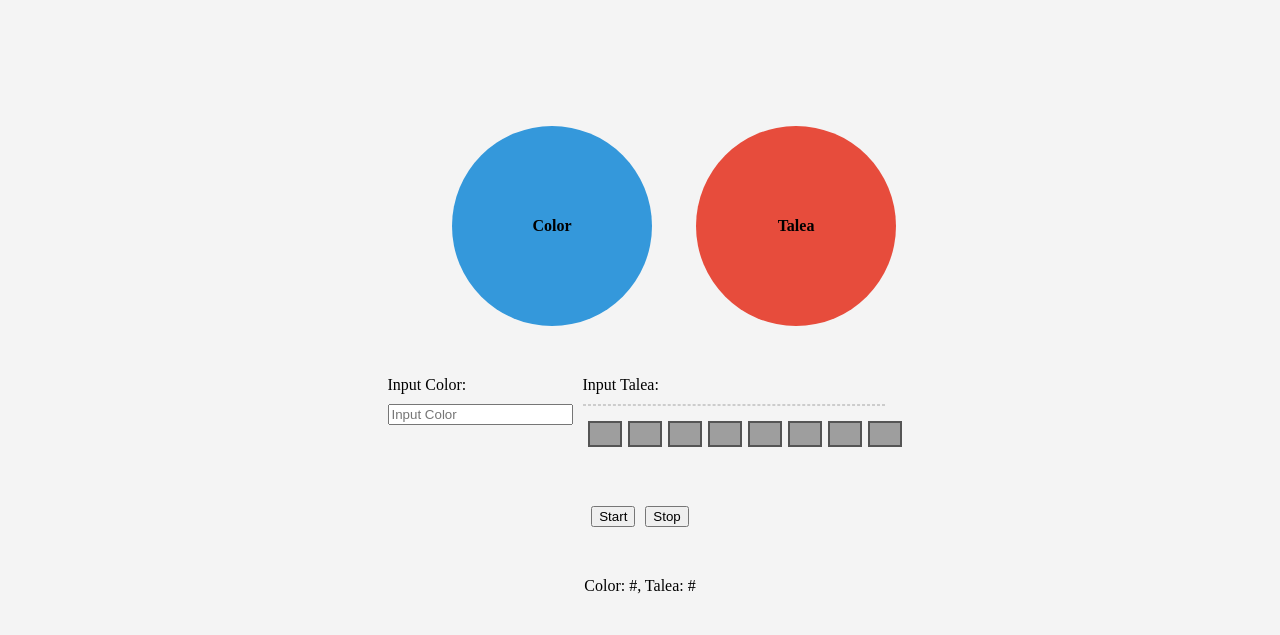
Repository: boshi-an/Isorhythm
Page: .vscode/Isorhythm/index.html
These files come from the project's save history. The page is drawn as it stood at one moment and after the next save; the edit follows.
The browser window is 1280 px wide. The pictures show the whole page.
Pictures or frames that could not be fetched are drawn as grey boxes.

Above is the page before, as saved 2023-10-19 01:28:44.

### .vscode/Isorhythm/index.html
<!DOCTYPE html>
<html lang="en">

<head>
    <meta charset="UTF-8">
    <meta name="viewport" content="width=device-width, initial-scale=1.0">
    <title>Rotating Circles</title>
    <link rel="stylesheet" href="styles.css">
</head>

<body>
    <div class="circleContainer">
        <div class="circle" id="circle1">
            <div class="letter">Color</div>
        </div>
        <div class="circle" id="circle2">
            <div class="letter">Talea</div>
        </div>
    </div>
    <div class="inputContainer">
        <div class="taleaInputContainer">
            <div class="h3">Input Color:</div>
            <input type="text" id="input1" placeholder="Input Color">
        </div>
        <div class="taleaInputContainer">
            <div class="h3">Input Talea:</div>
            <div class="imageArea" id="noteInputBox"></div>
            <!-- <div class="taleaInputBox">
                <input type="text" id="input2" placeholder="Input Talea" disabled>
            </div> -->
            <div class="taleaInputButton">
                <div class="button small-btn" id="button1" onclick="addNote(1);"><img src="static/note1.png" /></div>
                <div class="button small-btn" id="button1.5" onclick="addNote(1.5);"><img src="static/note1.5.png" /></div>
                <div class="button small-btn" id="button2" onclick="addNote(2);"><img src="static/note2.png" /></div>
                <div class="button small-btn" id="button2.5" onclick="addNote(2.5);"><img src="static/note2.5.png" /></div>
                <div class="button small-btn" id="button3" onclick="addNote(3);"><img src="static/note3.png" /></div>
                <div class="button small-btn" id="button3.5" onclick="addNote(3.5);"><img src="static/note3.5.png" /></div>
                <div class="button small-btn" id="button4" onclick="addNote(4);"><img src="static/note4.png" /></div>
                <div class="button small-btn" id="buttonReset" onclick="addNote(0);"><img src="static/reset.png" /></div>
            </div>
        </div>
    </div>
    <div class="uiContainer">
        <button id="startBtn">Start</button>
        <button id="stopBtn">Stop</button>
    </div>
    <div class="div" id="display">
        Color: #, Talea: #
    </div>
    <script src="script.js"></script>
</body>

</html>

### .vscode/Isorhythm/styles.css
body {
    display: flex;
    flex-direction: column;
    /* Stack child elements vertically */
    justify-content: center;
    /* Center the content vertically */
    align-items: center;
    /* Center the content horizontally */
    height: 100vh;
    background-color: #f4f4f4;
    overflow: hidden;
    margin: 0;
    gap: 50px;
    /* Space between the circle container and the button container */
}

.circleContainer {
    display: flex;
    align-items: center;
    width: 420px;
    /* Adjust based on your circle sizes */
}

.inputContainer {
    display: flex;
    gap: 10px;
    margin-bottom: 10px;
}

.taleaInputContainer {
    display: flex;
    flex-direction: column;
    gap: 10px;
    margin-bottom: 0px;
}

.taleaInputBox {
    display: flex;
    gap: 10px;
}

.taleaInputButton {
    display: flex;
    gap: 10px;
}

.circle {
    width: 200px;
    height: 200px;
    border-radius: 50%;
    position: relative;
    display: flex;
    flex-shrink: 0;
    align-items: center;
    justify-content: center;
    margin: 0 22px;
}

.uiContainer {
    display: flex;
    gap: 10px;
}

.triangle {
    width: 0;
    height: 0;
    border-left: 50px solid transparent;
    border-right: 50px solid transparent;
    border-bottom: 87px solid #3498db;
    will-change: transform;
    transform-origin: 50% 50%;
}

.letter {
    position: absolute;
    font-size: 1.0em;
    font-weight: bold;
    top: 50%;
    left: 50%;
    transform-origin: 50% 50%;
    transform: translate(-50%, -50%);  /* Centering the letters */
}

.noteImg {
    max-width: 6%;
    position: absolute;
    font-size: 1.5em;
    font-weight: bold;
    top: 50%;
    left: 50%;
    transform-origin: 50% 50%;
    transform: translate(-50%, -50%);
}

#triangle1 {
    border-bottom: 87px solid #3498db;
    /* background-color: #3498db; */
}

#triangle2 {
    border-bottom: 87px solid #e74c3c;
    /* background-color: #e74c3c; */
}

#circle1 {
    background-color: #3498db;
}

#circle2 {
    background-color: #e74c3c;
}

.imageArea {
    width: 300px;
    height: auto;
    border: 1px dashed #ccc;
    display: flex;
    flex-wrap: wrap;
    align-items: center;
}

.imageArea img {
    max-width: 6%;
    margin: 5px;
}

.button img {
    max-width: 100%;
    margin: 5px;
    border: 2px solid #555;
}

.small-btn {
    width: 30px;
    height: 30px;
}

.image {
    position: absolute;
    top: 50%;
    left: 50%;
    transform-origin: 50% 50%;
    width: 30px;
    /* You can adjust this to your preferred image size */
    height: 30px;
}

### .vscode/Isorhythm/script.js
let angle1 = 180;
let angle2 = 0;
let letterPos = +20;
let circle1Size = 100;
let circle2Size = 100;
let rotationMultiplier = 320;
let circle1Num = 0;
let circle2Num = 0;
let rotateDist = 0;
let color = [];
let talea = [];
let taleaImgElement = [];
let animationId;
const circle1 = document.getElementById('circle1');
const circle2 = document.getElementById('circle2');
let duration = {
    1: 4,
    1.5: 6,
    2: 2,
    2.5: 3,
    3: 1,
    3.5: 1.5,
    4: 0.5
};

function getCurrentColor() {
    if (circle1Num == 0) {
        return '#';
    }
    let angle = (rotationMultiplier * rotateDist / circle1Size) % 360;
    let nowNote = parseInt(angle / (360 / circle1Num));
    return color[nowNote];
}

function getCurrentTalea() {
    if (circle2Num == 0) {
        return '#';
    }
    let angle = (rotationMultiplier * rotateDist / circle2Size) % 360;
    let nowNote = parseInt(angle / (360 / circle2Num));
    return talea[nowNote];
}

function updateTextDisplay() {
    const display = document.getElementById("display");
    display.innerHTML = `Color: ${getCurrentColor()}, Talea: <img src="static/note${getCurrentTalea()}.png" width="20" height="20"/>`;
}

function rotateCircle() {
    updateTextDisplay()
    rotateDist += 1/duration[getCurrentTalea()];
    angle1 = (rotationMultiplier * rotateDist / circle1Size) % 360;
    angle2 = (-rotationMultiplier * rotateDist / circle2Size) % 360;
    circle1.style.transform = `rotate(${angle1}deg)`;
    circle2.style.transform = `rotate(${angle2}deg)`;

    animationId = requestAnimationFrame(rotateCircle);
}

document.getElementById('startBtn').addEventListener('click', () => {
    cancelAnimationFrame(animationId);
    rotateCircle();
});

document.getElementById('stopBtn').addEventListener('click', () => {
    rotateDist = 0;
    circle1.style.transform = `rotate(0deg)`;
    circle2.style.transform = `rotate(0deg)`;
    cancelAnimationFrame(animationId);
});

function parseLetters(inputText) {
    let retArray = [];
    for (let i = 0; i < inputText.length-1; i++) {
        s = inputText[i];
        t = inputText[i+1];
        if (s.match(/[a-z]/i) && t.match(/[1-9]/i)) {
            retArray.push(`${s}${t}`);
        }
    }
    return retArray;
}

function updateLetters(circleId, inputText, bias) {
    inputText = parseLetters(inputText);
    const circle = document.getElementById(circleId);

    let circleR = inputText.length * 10;
    circle.style.width = `${circleR * 2}px`;
    circle.style.height = `${circleR * 2}px`;

    const size = circle.offsetWidth + letterPos;
    let rotateAngle = 0;
    let innerHTML = ""

    circle1Size = circle.offsetWidth;
    circle1Num = inputText.length;
    rotateAngle = 0;
    innerHTML = "<div class=\"letter\">Color</div>";
    color = inputText;

    // Remove any existing letters
    if (size <= 100) {
        circle.innerHTML = "";
    }
    else {
        circle.innerHTML = innerHTML;
    }

    // Add new letters
    for (let i = 0; i < inputText.length; i++) {
        const angle = -(i / inputText.length) * 360;
        const letterElem = document.createElement('div');
        letterElem.className = 'letter';
        letterElem.style.transform = `translate(-50%, -50%) rotate(${angle + bias}deg) translate(${size / 2}px) rotate(${rotateAngle}deg)`;
        letterElem.innerText = inputText[i];
        circle.appendChild(letterElem);
    }
}

function updateTalea(circleId, inputNote, bias) {
    const circle = document.getElementById(circleId);

    let circleR = inputNote.length * 10;
    circle.style.width = `${circleR * 2}px`;
    circle.style.height = `${circleR * 2}px`;

    const size = circle.offsetWidth + letterPos;
    let rotateAngle = 0;
    let innerHTML = ""

    circle2Size = circle.offsetWidth;
    circle2Num = inputNote.length;
    rotateAngle = 180;
    innerHTML = "<div class=\"letter\">Talea</div>";


    // Remove any existing letters
    if (size <= 100) {
        circle.innerHTML = "";
    }
    else {
        circle.innerHTML = innerHTML;
    }

    // Add new letters
    for (let i = 0; i < inputNote.length; i++) {
        const angle = (i / inputNote.length) * 360;
        const imgElem = document.createElement('img');
        imgElem.className = 'image';
        imgElem.src = `static/note${inputNote[i]}.png`;;
        imgElem.style.transform = `translate(-50%, -50%) rotate(${angle + bias}deg) translate(${size / 2}px) rotate(${rotateAngle}deg)`;
        circle.appendChild(imgElem);
    }
}

function addNote(number) {
    // alert(number);
    // document.getElementById('input2').value += number;
    // Get the image area div
    if (number != 0) {
        talea.push(number);
        const imageArea = document.getElementById('noteInputBox');

        // Create a new img element
        const img = document.createElement('img');
        img.src = `static/note${number}.png`;

        // Append the img to the image area
        imageArea.appendChild(img);

        taleaImgElement.push(img);
    }
    else if (talea.length > 0) {
        talea.pop();

        length = taleaImgElement.length-1
        if (taleaImgElement[length].parentNode) {
            taleaImgElement[length].parentNode.removeChild(taleaImgElement[length]);
        }
        taleaImgElement.pop();
    }
    // updateTalea('input2');
    updateTalea('circle2', talea, 180);
}

document.getElementById('input1').addEventListener('input', () => updateLetters('circle1', document.getElementById('input1').value, 0));
// document.getElementById('input2').addEventListener('input', () => updateLetters('circle2', 'input2', 180));
// document.getElementById('input2').addEventListener('input', () => updateTalea('input2'));

// document.getElementById("button1").onclick = function () { addNumber(1); };

After the next save:
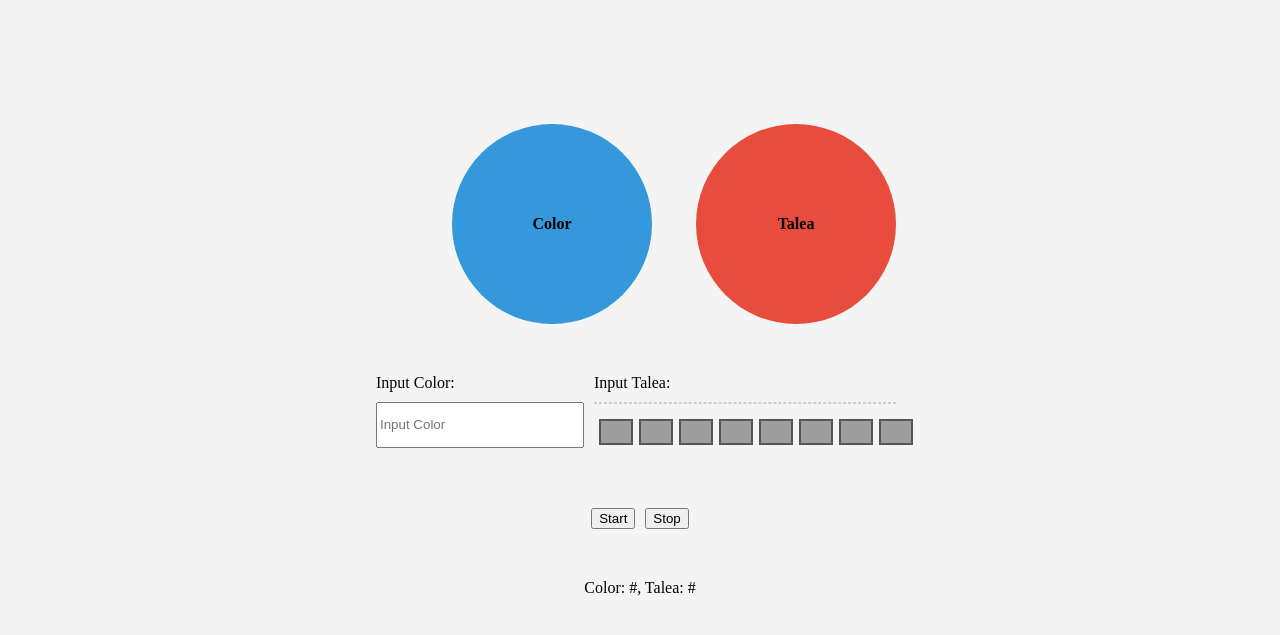
Saved 3 min 12 s later.
--- a/.vscode/Isorhythm/styles.css
+++ b/.vscode/Isorhythm/styles.css
@@ -144,3 +144,8 @@ body {
     /* You can adjust this to your preferred image size */
     height: 30px;
 }
+
+#input1 {
+    height: 40px;
+    width: 200px;
+}
